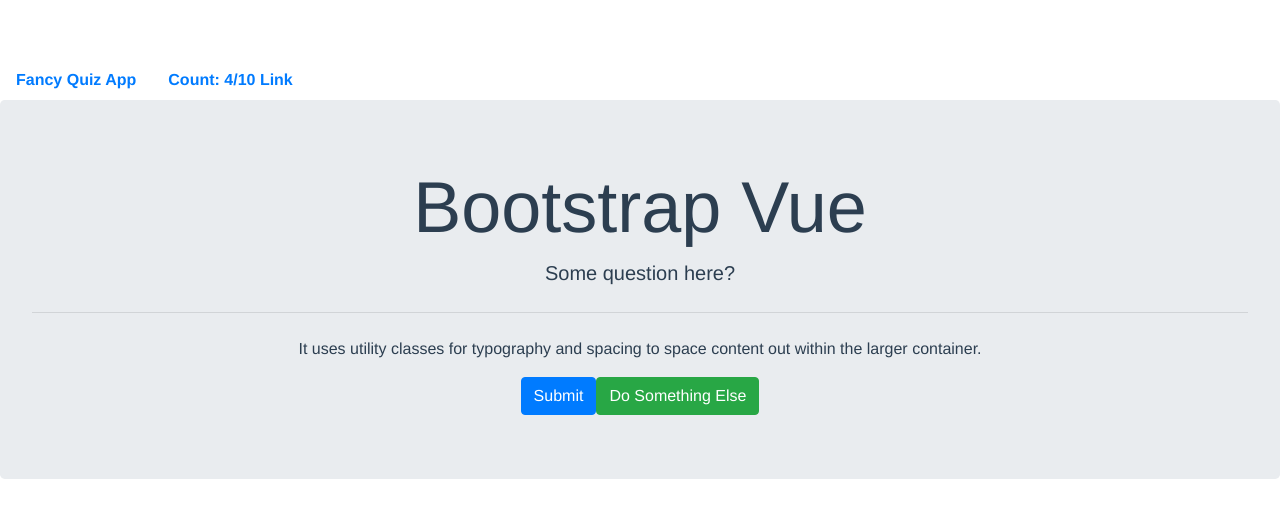
Repository: tokliver/AppVue
Page: /
The author's editor kept a copy of each file at every save. The page is drawn from the files as they stood at one save, then again after a run of saves.
The browser window is 1280 px wide. The pictures show the whole page.
The project was rebuilt for these pictures with package versions that can differ from the ones it lists, and the page was loaded fresh each time.

Above is the page before, as saved 2019-04-13 09:25:44.

### src/main.js
import Vue from 'vue'

import BootstrapVue from 'bootstrap-vue'

import 'bootstrap/dist/css/bootstrap.css'
import 'bootstrap-vue/dist/bootstrap-vue.css'

import App from './App.vue'



Vue.use(BootstrapVue)

Vue.config.productionTip = false

new Vue({
  render: h => h(App),
}).$mount('#app')

### src/App.vue
<template>
  <div id="app">
    <Header />
    <QuestionBox />
  </div>
</template>

<script>
import Header from './components/Header.vue'
import QuestionBox from './components/QuestionBox.vue'

export default {
  name: 'app',
  components: {
    Header,
    QuestionBox
  }
}
</script>

<style>
#app {
  font-family: 'Avenir', Helvetica, Arial, sans-serif;
  -webkit-font-smoothing: antialiased;
  -moz-osx-font-smoothing: grayscale;
  text-align: center;
  color: #2c3e50;
  margin-top: 60px;
}
</style>

### src/components/Header.vue
<template>
<div>
  <b-nav>
    <b-nav-item disable><b>Fancy Quiz App</b></b-nav-item>
    <b-nav-item disable><b>Count: 4/10 Link</b></b-nav-item>
  </b-nav>
</div>
</template>

### src/components/QuestionBox.vue
<template>
   <div class="question-box-container">
  <b-jumbotron header="Bootstrap Vue" lead="Bootstrap 4 Components for Vue.js 2">
    <template slot="header">Bootstrap Vue</template>

    <template slot="lead">
      Some question here?
    </template>

    <hr class="my-4">

    <p>
      It uses utility classes for typography and spacing to space content out within the larger
      container.
    </p>

    <b-button variant="primary" href="#">Submit</b-button>
    <b-button variant="success" href="#">Do Something Else</b-button>
  </b-jumbotron>
</div>
</template>

Loaded but not shown: public/index.html (common file)

After the next 2 saves:
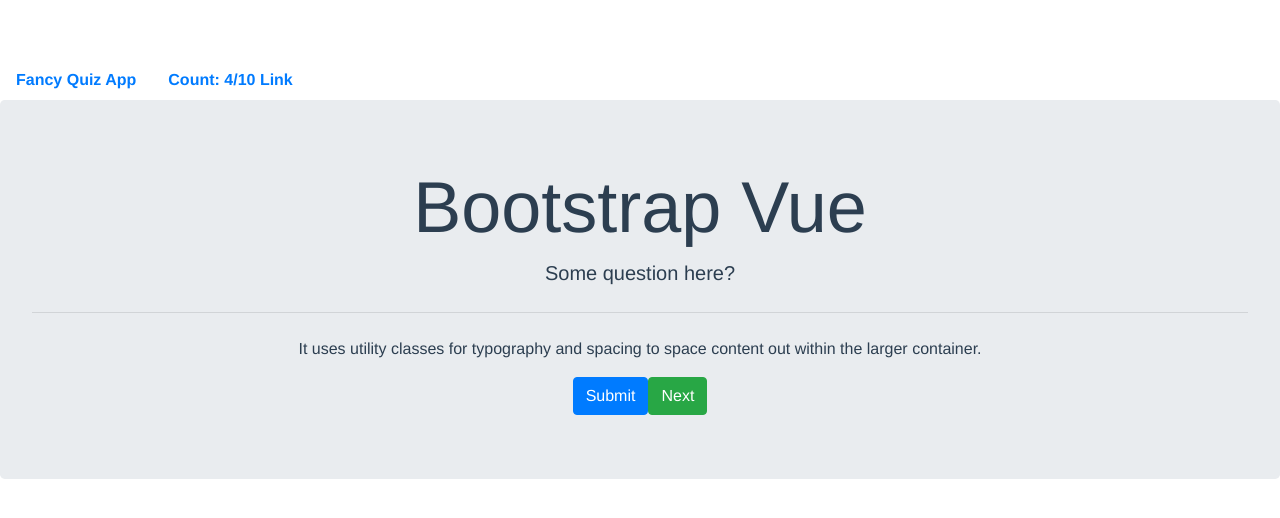
The 2 saves are shown as one change because they came seconds apart.
The last was saved 7 s later.
--- a/src/components/QuestionBox.vue
+++ b/src/components/QuestionBox.vue
@@ -15,7 +15,7 @@
     </p>
 
     <b-button variant="primary" href="#">Submit</b-button>
-    <b-button variant="success" href="#">Do Something Else</b-button>
+    <b-button variant="success" href="#">Next</b-button>
   </b-jumbotron>
 </div>
 </template>
